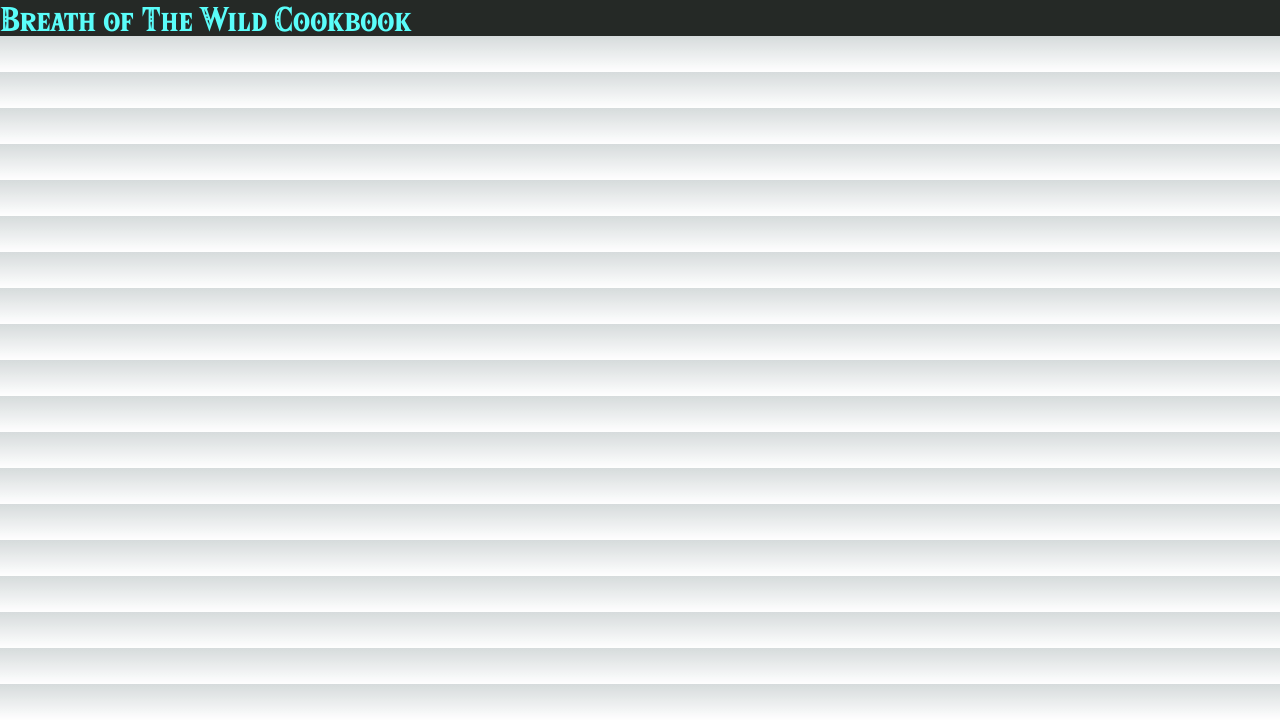
Repository: YanceMcFinn/Breath-of-The-Wild-Cookbook
Page: /
The author's editor kept a copy of each file at every save. The page is drawn from the files as they stood at one save, then again after the next save.
The browser window is 1280 px wide. The pictures show the whole page.
The page's requests for data from a server got no answer. The project was rebuilt for these pictures with package versions that can differ from the ones it lists, and the page was loaded fresh each time. The framework's server and built-in components were replaced by stand-ins that run in the browser. No one was signed in, and anything a server would have sent is missing. Also part of the build but not shown: next.config.js, src/app/components/Card.tsx.

Above is the page before, as saved 2023-08-16 13:37:57.

After the next save:
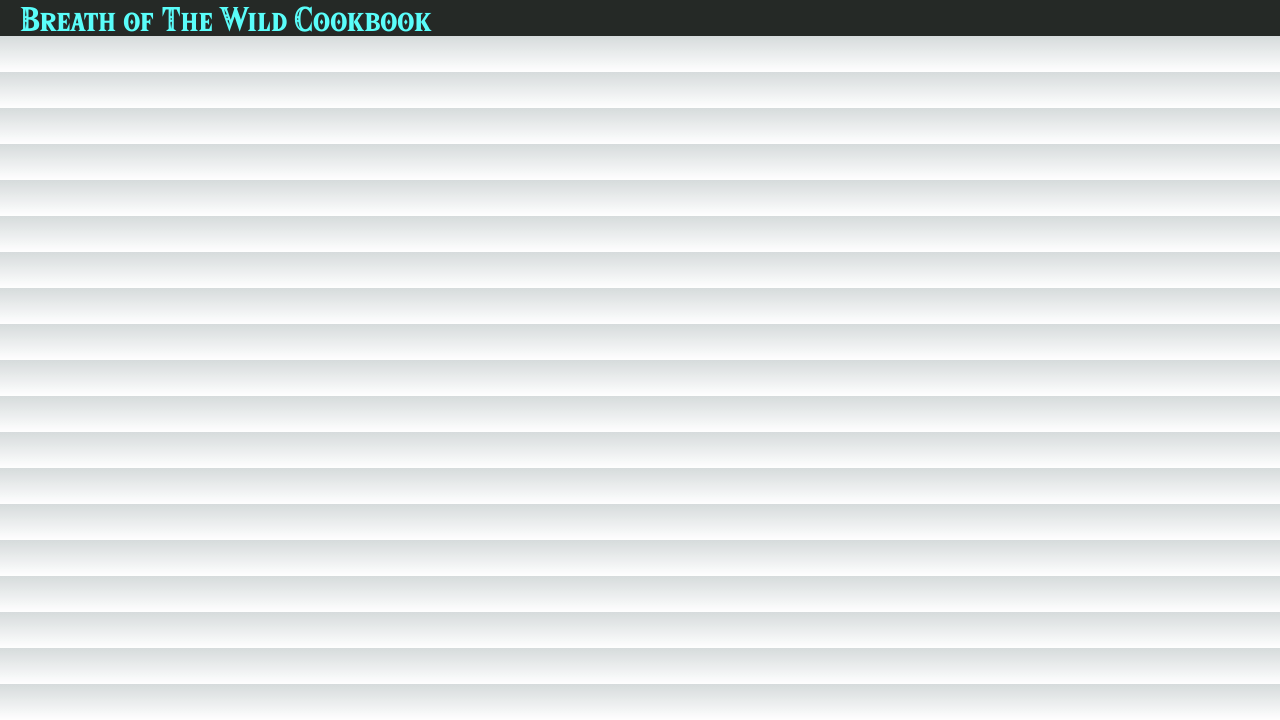
Saved 17 s later.
--- a/src/app/page.tsx
+++ b/src/app/page.tsx
@@ -21,7 +21,7 @@
   return (
     <main className='bg-sheikah-slate-bg'>
       <div>
-        <h1 className='hyliaFont text-3xl text-sheikah-slate-blue'>Breath of The Wild Cookbook</h1>
+        <h1 className='hyliaFont text-3xl text-sheikah-slate-blue mx-5'>Breath of The Wild Cookbook</h1>
       </div>
       <div className='px-5'>
         <div className='grid grid-cols-3 gap-5 px-5'>
